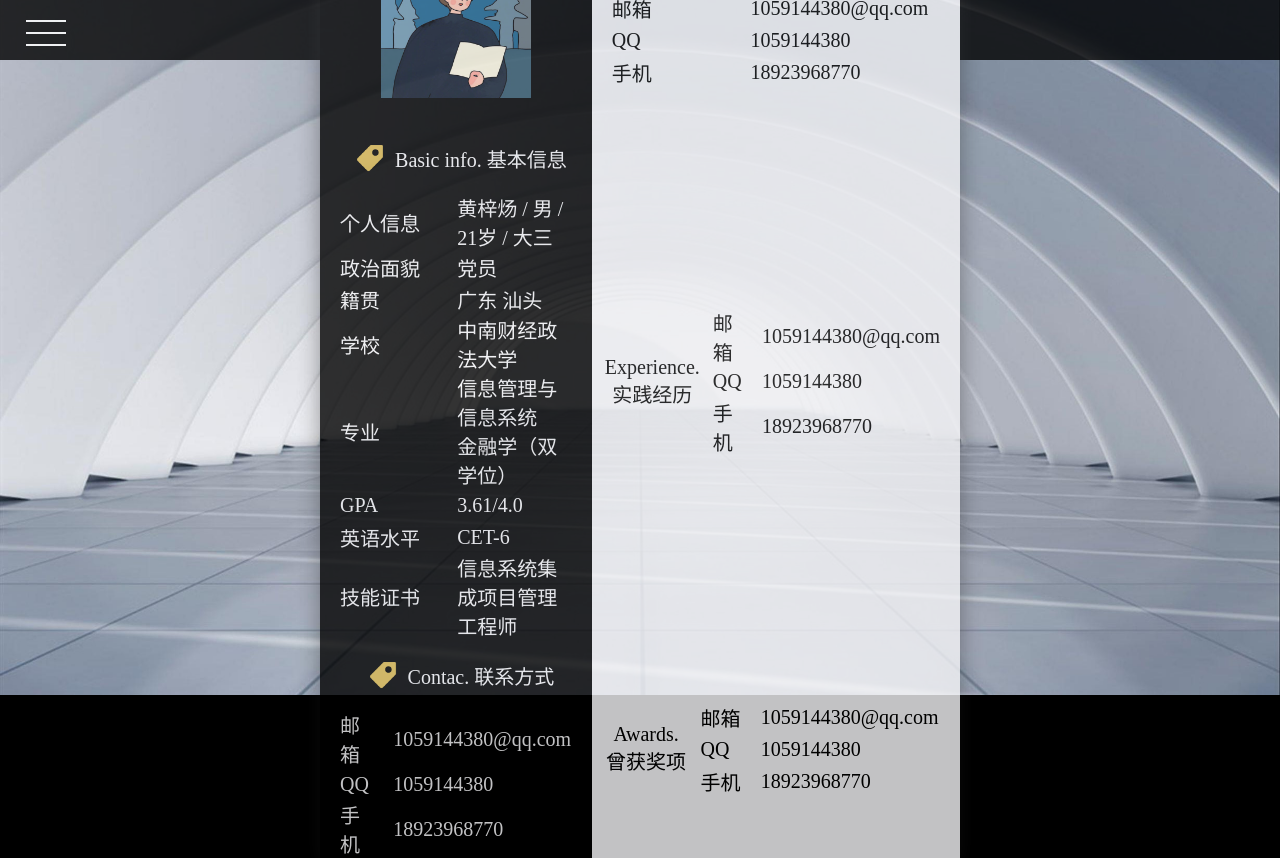
Repository: ustc-hzy/ziYang
Page: resume.html
An editor plug-in stored every save of this project. The page is shown before and after the next save, followed by the edit.
The browser window is 1280 px wide. The pictures show the whole page.

Above is the page before, as saved 2020-06-18 17:12:30.

### resume.html
<!DOCTYPE html>
<html lang="en">
<head>
    <meta charset="UTF-8">
    <meta name="viewport" content="width=device-width, initial-scale=1.0">
    <link rel="stylesheet" href="css/style.css" type="text/css">
    <link rel="stylesheet" href="css/resume.css" type="text/css">
    <title>个人简历</title>
</head>
<body>
    <header>
        <!-- 主体内容 -->
        <div class="inner">
            <!-- 用于控制菜单栏开关 -->
            <input type="checkbox" id="ham">
            <!-- 菜单栏icon -->
            <label for="ham">
                <div class="hamburger-container">
                    <span></span>
                    <span></span>
                    <span></span>
                </div>
            </label>
            <!-- 菜单栏各项 -->
            <nav>
                <ul>
                    <li><a href="index.html">网站首页</a></li>
                    <li><a href="resume.html">个人简历</a></li>
                    <li><a href="album.html">旅行相册</a></li>
                    <li><a href="asset.html">PS作品集</a></li>
                    <li><a href="episode.html">剧集收藏</a></li>
                </ul>
            </nav>
            <!-- 打开菜单栏的遮罩 -->
            <div class="mask"></div>
        </div>

        <div class="content-container">
            <table>
                <caption class="table-title">个人简历</caption>
                <tr>
                    <td class="left-column" align="center">
                        <img src="img/user.png" width="150px">
                    </td>
                    <td class="right-column" align="center">
                        <table>
                            <caption class="small-table-title"><div>Skil. 专业技能</div></caption>
                            <tr>
                                <td>邮箱</td>
                                <td>1059144380@qq.com</td>
                            </tr>
                            <tr>
                                <td>QQ</td>
                                <td>1059144380</td>
                            </tr>
                            <tr>
                                <td>手机</td>
                                <td>18923968770</td>
                            </tr>
                        </table>
                    </td>
                </tr>
                <tr>
                    <td class="left-column" align="center">
                        <table>
                            <div class="small-table-title"><img src="img/label.png" width="30px"> <span>Basic info. 基本信息</span></div>
                            <tr>
                                <td>个人信息</td>
                                <td>黄梓炀 / 男 / 21岁 / 大三</td>
                            </tr>
                            <tr>
                                <td>政治面貌</td>
                                <td>党员</td>
                            </tr>
                            <tr>
                                <td>籍贯</td>
                                <td>广东 汕头</td>
                            </tr>
                            <tr>
                                <td>学校</td>
                                <td>中南财经政法大学</td>
                            </tr>
                            <tr>
                                <td>专业</td>
                                <td>
                                    <div>信息管理与信息系统</div>
                                    <div>金融学（双学位）</div>
                                </td>
                            </tr>
                            <tr>
                                <td>GPA</td>
                                <td>3.61/4.0</td>
                            </tr>
                            <tr>
                                <td>英语水平</td>
                                <td>CET-6</td>
                            </tr>
                            <tr>
                                <td>技能证书</td>
                                <td>信息系统集成项目管理工程师</td>
                            </tr>
                        </table>
                    </td>
                    <td class="right-column" align="center">
                        <table class="small-table-title">
                            <caption><div>Experience. 实践经历</div></caption>
                            <tr>
                                <td>邮箱</td>
                                <td>1059144380@qq.com</td>
                            </tr>
                            <tr>
                                <td>QQ</td>
                                <td>1059144380</td>
                            </tr>
                            <tr>
                                <td>手机</td>
                                <td>18923968770</td>
                            </tr>
                        </table>
                    </td>
                </tr>
                <tr>
                    <td class="left-column" align="center">
                        <table>
                            <div class="small-table-title"><img src="img/label.png" width="30px"> <span>Contac. 联系方式</span></div>
                            <tr>
                                <td>邮箱</td>
                                <td>1059144380@qq.com</td>
                            </tr>
                            <tr>
                                <td>QQ</td>
                                <td>1059144380</td>
                            </tr>
                            <tr>
                                <td>手机</td>
                                <td>18923968770</td>
                            </tr>
                        </table>
                    </td>
                    <td class="right-column" align="center">
                        <table class="small-table-title">
                            <caption><div>Awards. 曾获奖项</div></caption>
                            <tr>
                                <td>邮箱</td>
                                <td>1059144380@qq.com</td>
                            </tr>
                            <tr>
                                <td>QQ</td>
                                <td>1059144380</td>
                            </tr>
                            <tr>
                                <td>手机</td>
                                <td>18923968770</td>
                            </tr>
                        </table>
                    </td>
                </tr>
            </table>
        </div>
    </header>
</body>
</html>

### css/style.css
body {
    height: 100%;
    width: 100%;
    margin: 0 auto;
    padding: 0 0 ;
    background-color: #000000;
    background-image: url(../img/user_bg.jpg);
    background-repeat: no-repeat;
    background-size: cover;
    overflow: auto;
}
header{
    height: 60px;
    background-color: #000000;
    opacity: 0.8;
}
.inner{
    width: 96%;
    margin: auto;
}
#ham{
    display: none;
}
/* 当chexkbox选中时，改变第一条线 */
#ham:checked + label .hamburger-container span:nth-child(1){
    transform: rotate(45deg);
    top: 11px;
    transition: transform .3s ease-in-out, top .3s ease-in-out 3s;
}
/* 当chexkbox选中时，第二条线消失 */
#ham:checked + label .hamburger-container span:nth-child(2){
    opacity: 0;
}
/* 当chexkbox选中时，改变第三条线 */
#ham:checked + label .hamburger-container span:nth-child(3){
    transform: rotate(-45deg);
    top: -11px;
    transition: transform .3s ease-in-out, top .3s ease-in-out 3s;
}
.hamburger-container span:nth-child(2){
    margin-top: 10px;
    transition: opacity .1s ease-in-out .1s;
}
.hamburger-container span:nth-child(3){
    margin-top: 10px;
}
.hamburger-container{
    display: block;
    width: 40px;
    height: 40px;
    position: relative;
    top: 20px;
    z-index: 100;
}
.hamburger-container span{
    display: block;
    height: 2px;
    background-color: #fff;
    position: relative;
    transition: transform .3s ease-in-out, top .3s ease-in-out .3s;
}
nav{
    position: absolute;
    z-index: 100;
    color: #fff;
    top: 50px;
    transform: scaleY(0); /* 垂直方向缩小到0，即关闭 */
    transition: all .3s ease-in-out;
    transform-origin: 50% 0; /* 将中心点移到顶部 */
    opacity: 0; /* 渐入渐出效果 */
}
/* 当chexkbox选中时，展示nav */
#ham:checked ~ nav{
    transform: scaleY(1); /* 垂直方向扩大到1，即打开 */
    opacity: 1;
    transition: all .3s ease-in-out;
}
.mask {
    width: 100vw;
    height: 100vh;
    position: fixed;
    top: 0;
    left: 0;
    background: #000000;
    opacity: 0;
    z-index: 10; /* 防止遮住要显示的部分 */
    transform: scaleY(0);
    transform-origin: 50% 0;
    transition: all .3s ease-in-out;
}
#ham:checked ~ .mask{
    opacity: 1;
    transform: scaleY(1);
    transition: all .3s ease-in-out;
}
ul{
    position: relative;
    right: 40px;
    margin-top: 2em;
    list-style-type:none;
    font-size: 35px;
}
ul li{
    margin-top: 1em;
}
ul li:hover{
    transform: scale(1.2, 1.2); /* transform从元素中心开始变化，不会影响到其他元素 */
    /* background-color:  rgba(255,255,255,0.1);
    padding: 10px 20px; */
}
.name-container{
    position: absolute;
    top: 50%;
    left: 50%;
    transform: translate(-50%,-50%);
    z-index: 1;
    background-color: rgba(0,0,0,0.3); /* 此处使用opacity会让文字也变透明 */
    box-shadow: 0 5px 20px rgba(26,26,26,0.5);
}
.mid-name{
    color: #fff;
    font-size: 50px;
    border: 8px solid #fff;
    padding: 40px;
    text-align: center;
}
.mid-name .id{
    margin-top: 10px;
    font-size: 40px;
}
a{
    text-decoration: none;
    color: #ffffff;
}

### css/resume.css
.content-container{
    position: absolute;
    top: 50%;
    left: 50%;
    transform: translate(-50%,-50%);
    z-index: 1;
    box-shadow: 0 5px 20px rgba(26,26,26,0.5);
}
table{
    border-spacing: 0;
}
table tr td {
    width: 200px;
    height: 32px;
    font-size: 20px;
    padding: 0px 10px;
}
.small-table-title{
    display: flex;
    flex-wrap: nowrap;
    align-items: center;
    justify-content: center;
}
.table-title{
    color: #ffffff;
    font-size: 32px;
    font-weight: bold;
    padding: 10px 0 ;
    background-color: #dbba53;
}
.left-column{
    width: 600px;
    background-color: #000000;
    color: #f3f3f5;
}
.right-column{
    width: 800px;
    background-color: #f3f3f5;
}
img{
    margin: 20px 10px;
}

After the next save:
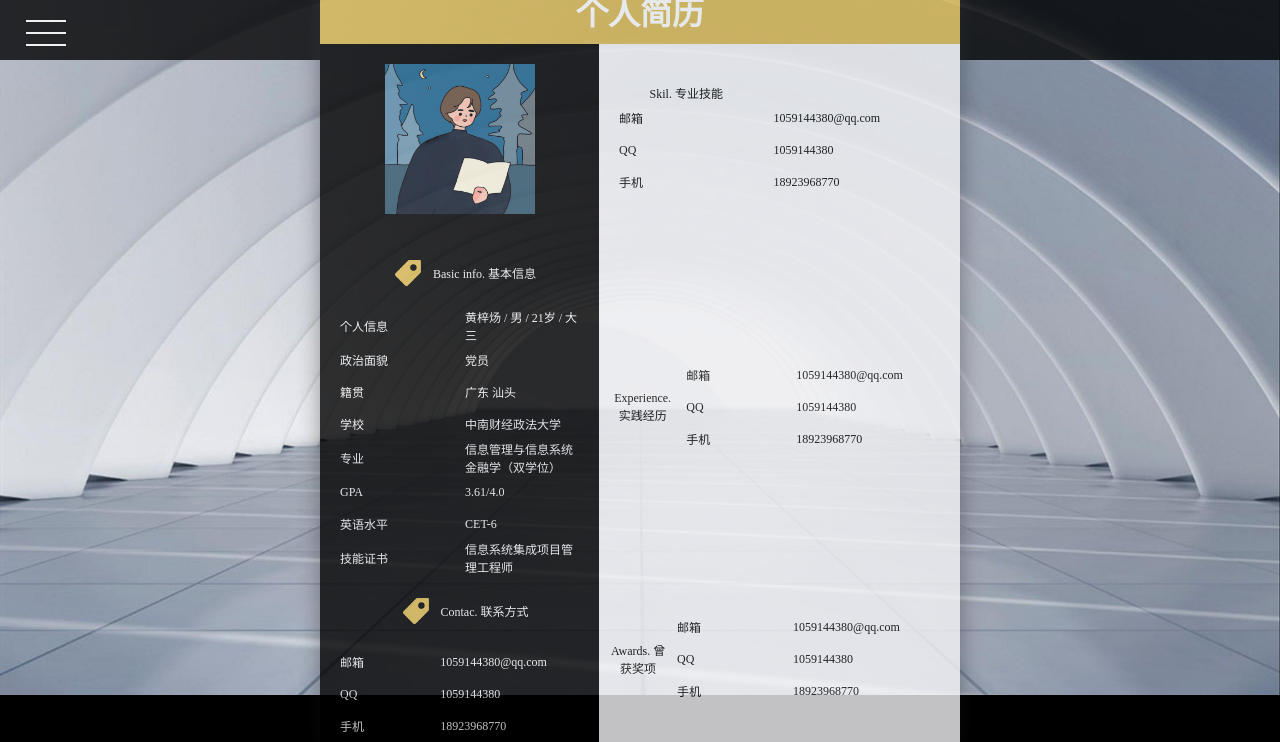
Saved 6 s later.
--- a/css/resume.css
+++ b/css/resume.css
@@ -12,7 +12,7 @@ table{
 table tr td {
     width: 200px;
     height: 32px;
-    font-size: 20px;
+    font-size: 12px;
     padding: 0px 10px;
 }
 .small-table-title{
